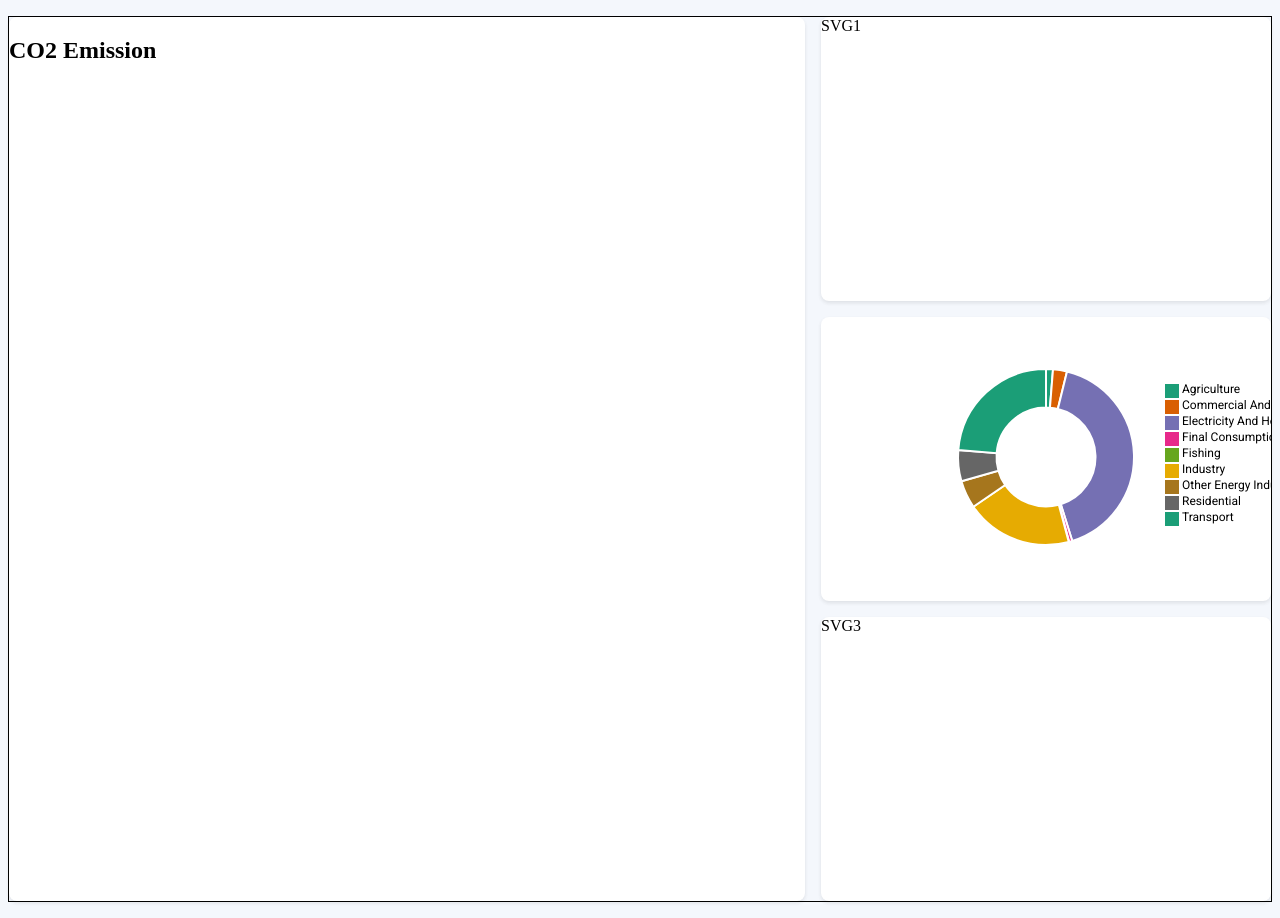
Repository: losmarco/CO2-Emission-Data-Dashboard
Page: index.html
The author's editor kept a copy of each file at every save. The page is drawn from the files as they stood at one save, then again after the next save.
The browser window is 1280 px wide. The pictures show the whole page.
The style sheet was rebuilt from its Sass, Less or Tailwind sources for each picture, by a compiler version that may differ from the author's.

Above is the page before, as saved 2020-03-29 17:27:49.

### index.html
<!DOCTYPE html>
<html lang="en">
<head>
    <meta charset="UTF-8">
    <meta name="viewport" content="width=device-width, initial-scale=1.0">
    <meta http-equiv="X-UA-Compatible" content="ie=edge">
    <title>CO2 Emission Data Chart</title>

    <link rel="stylesheet" href="style.css">
    <script src="https://d3js.org/d3.v5.min.js"></script>
</head>
<body>
    <div class="container">
        <div class="card main_graph">
            <h2>CO2 Emission</h2>
        </div>


        <div class="card graph1">SVG1</div>
        <div class="card graph2">
            <div id="donut"></div>
        </div>
        <div class="card graph3">SVG3</div>
    </div>
</body>
    <script src="javascript/master.js"></script>
    <script src="javascript/chart.js"></script>
</html>

### javascript/master.js
//Parsing CSV file

### javascript/chart.js
//This document is for d3 related script ( ͡° ͜ʖ ͡°)

//Donut Chart
// set the dimensions and margins of the graph
var width = 450
    height = 280
    margin = 30
// The radius of the pieplot is half the width or half the height (smallest one). I subtract a bit of margin.
var radius = Math.min(width, height) / 2 - margin

//append the svg object to the div called 'donut'
var svg = d3.select("#donut")
            .append("svg")
            .attr("width", width)
            .attr("height", height)
            .append("g")
            .attr("transform", "translate(" + width / 2 + "," + height / 2 + ")")
            .attr("align","left");



//Color
var color = d3.scaleOrdinal()
.domain(["Agriculture",
        "Commercial And Public Services",
        "Electricity And Heat Producers",
        "Final Consumption Not Else where Specified",
        "Fishing",
        "Industry",
        "Other Energy Industries",
        "Residential",
        "Transport"])
.range(d3.schemeDark2);

d3.csv("data/world-sector.csv")
  .then(function(csvdata){

    var latestData = csvdata[csvdata.length - 1];

    var agri = parseInt(latestData.agriculture),
        cap = parseInt(latestData.commercialAndPublicServices),
        eahp = parseInt(latestData.electricityAndHeatProducers),
        fcnes = parseInt(latestData.finalConsumptionNotElsewhereSpecified),
        fishing = parseInt(latestData.fishing),
        industry = parseInt(latestData.industry),
        oei = parseInt(latestData.otherEnergyIndustries),
        residential = parseInt(latestData.residential),
        transport = parseInt(latestData.transport);

  const total = (agri + cap + eahp + fcnes + fishing + industry + oei + residential + transport);

  const percent = 100;

  var agri = ((agri/total) * percent).toFixed(2),
      cap = ((cap/total) * percent).toFixed(2),
      eahp = ((eahp/total) * percent).toFixed(2),
      fcnes = ((fcnes/total) * percent).toFixed(2),
      fishing = ((fishing/total) * percent).toFixed(2),
      industry = ((industry/total) * percent).toFixed(2),
      oei = ((oei/total) * percent).toFixed(2),
      residential = ((residential/total) * percent).toFixed(2),
      transport = ((transport/total) * percent).toFixed(2);


  //Final Data
  var data = {"Agriculture": agri,
              "Commercial And Public Services": cap,
              "Electricity And Heat Producers": eahp,
              "Final Consumption Not Else where Specified":fcnes ,
              "Fishing": fishing,
              "Industry":industry,
              "Other Energy Industries": oei,
              "Residential":residential,
              "Transport":transport
            }

  // Compute the position of each group on the pie:
  var pie = d3.pie()
    .sort(null) // Do not sort group by size
    .value(function(d) {return d.value; })
  var data_ready = pie(d3.entries(data))

  // The arc generator + hole size
  var arc = d3.arc()
    .innerRadius(radius * 0.45)
    .outerRadius(radius * 0.8)

  // Build the pie chart: Basically, each part of the pie is a path that we build using the arc function.
  svg
    .selectAll('allSlices')
    .data(data_ready)
    .enter()
    .append('path')
    .attr('d', arc)
    .attr('fill', function(d){ return(color(d.data.key)) })
    .attr("stroke", "white")
    .style("stroke-width", "2px")
    .style("opacity", 1)

})//closing tag for d3.csv

//Legend
var legendRectSize = 12;
var legendSpacing = 4;

var legend = svg.selectAll('.legend')
                .data(color.domain())
                .enter()
                .append('g')
                .attr('class', 'legend')
                .attr('transform', function(d, i) {
                  var height = legendRectSize + legendSpacing;
                  var offset =  height * color.domain().length / 2;
                  var horz = 10 * legendRectSize;
                  var vert = i * height - offset;
                  return 'translate(' + horz + ',' + vert + ')';
});


legend.append('rect')
  .attr('width', legendRectSize)
  .attr('height', legendRectSize)
  .style('fill', color)
  .style('stroke', color);

legend.append('text')
  .attr('x', legendRectSize + legendSpacing )
  .attr('y', legendRectSize - legendSpacing)
  .text(function(d) { return d; });


//End of Donut Chart


  // Add the polylines between chart and labels:
  // svg
  //   .selectAll('allPolylines')
  //   .data(data_ready)
  //   .enter()
  //   .append('polyline')
  //     .attr("stroke", "black")
  //     .style("fill", "none")
  //     .attr("stroke-width", 1)
  //     .attr('points', function(d) {
  //       var posA = arc.centroid(d) // line insertion in the slice
  //       var posB = outerArc.centroid(d) // line break: we use the other arc generator that has been built only for that
  //       var posC = outerArc.centroid(d); // Label position = almost the same as posB
  //       var midangle = d.startAngle + (d.endAngle - d.startAngle) / 2 // we need the angle to see if the X position will be at the extreme right or extreme left
  //       posC[0] = radius * 0.95 * (midangle < Math.PI ? 1 : -1); // multiply by 1 or -1 to put it on the right or on the left
  //       return [posA, posB, posC]
  //     })

  // Add the polylines between chart and labels:
  // svg
  //   .selectAll('allLabels')
  //   .data(data_ready)
  //   .enter()
  //   .append('text')
  //     .text( function(d) { console.log(d.data.key) ; return d.data.key } )
  //     .attr('transform', function(d) {
  //         var pos = outerArc.centroid(d);
  //         var midangle = d.startAngle + (d.endAngle - d.startAngle) / 2
  //         pos[0] = radius * 0.99 * (midangle < Math.PI ? 1 : -1);
  //         return 'translate(' + pos + ')';
  //     })
  //     .style('text-anchor', function(d) {
  //         var midangle = d.startAngle + (d.endAngle - d.startAngle) / 2
  //         return (midangle < Math.PI ? 'start' : 'end')
  //     })

### style.scss
//Google Font
@import url('https://fonts.googleapis.com/css2?family=Roboto:ital,wght@0,100;0,300;0,400;0,500;0,700;0,900;1,100;1,300;1,400;1,500;1,700;1,900&display=swap');

// Font
@mixin header{
    font-family: 'Roboto', sans-serif;
    font-weight: 700;
}
@mixin text{
    font-family: 'Roboto', sans-serif;
    font-weight: 500;
    font-size: 12px;
}

// Color
$backgroun-white:#f4f7fc;
$white: #ffffff;
$grey: #828f95;
$black: #252831;
$purple: #7b43a1;
$orange: #ff9824;
$pink: #f2317a;
$primary-green:#58cf6c;
$secondary-green: #43a19e;

//Card
@mixin card-background{
    background-color: $white;
    border-radius: 8px;
    box-shadow: 0 2px 4px rgba(0,0,0,0.04), 0 2px 4px rgba(0,0,0,0.06);
}

body{
    background: $backgroun-white;
}

.container{
    display:grid;
    grid-template-rows: repeat(3, 1fr);
    grid-template-columns:repeat(4, 1fr);
    grid-gap: 1em;
    border: 1px solid black;
    margin: 1em auto;
}

.main_graph{
    grid-row:1/4;
    grid-column: 1/4;
}

.graph1{
    grid-row:1/2;
    grid-column: 4/5;
}

.graph2{
    grid-row:2/3;
    grid-column: 4/5;
    width: 450px;


    .legend {
        font-family: 'Roboto', sans-serif;
        font-size: 12px;
        font-weight:400;
    }
    rect {
        stroke-width: 2;
    }


}

.graph3{
    grid-row:3/4;
    grid-column: 4/5;
}

.card{
    @include card-background;
}
svg{
    margin: 0 auto;

}

After the next save:
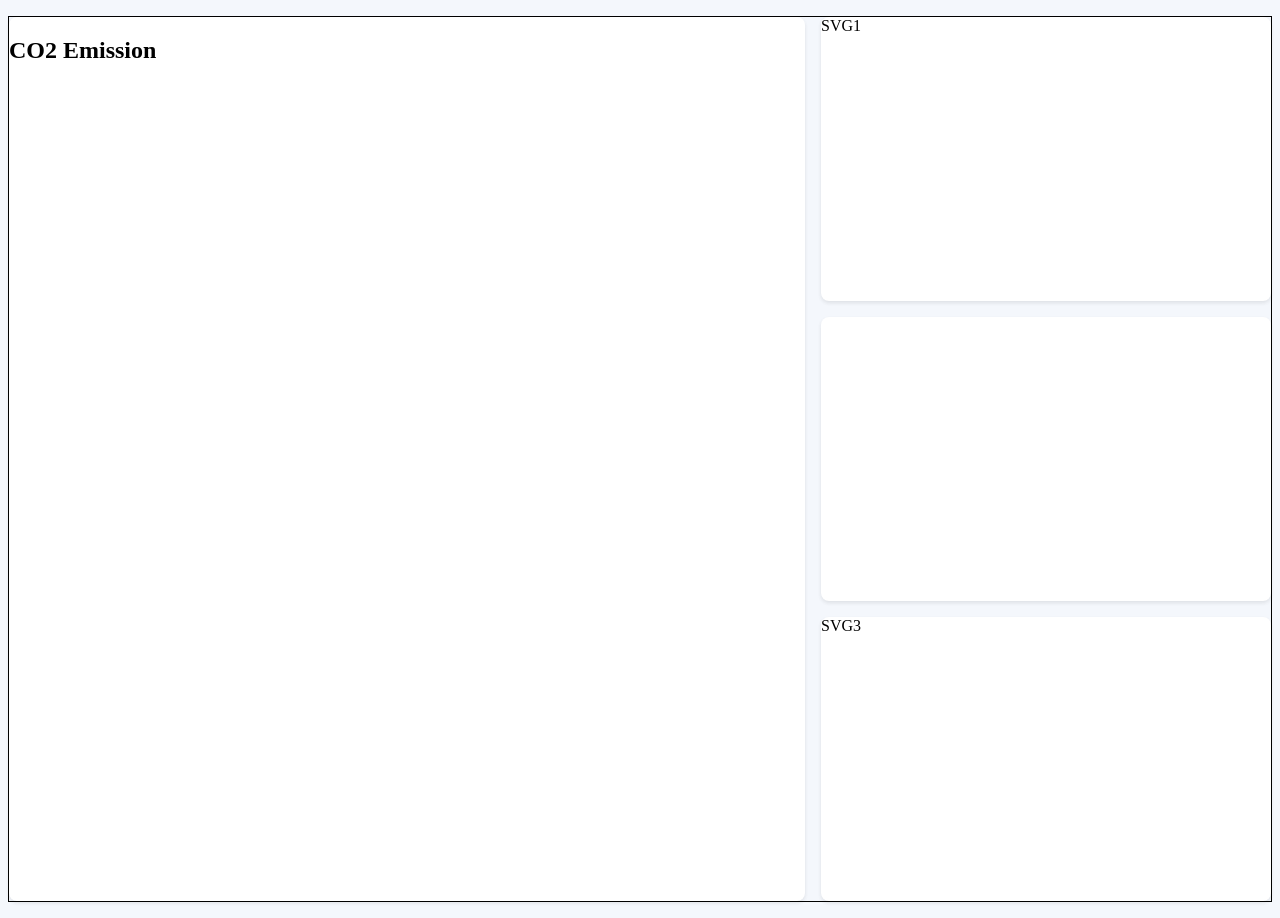
Console error (its wording comes from the project's code and is left out).
Saved 40 s later.
--- a/javascript/chart.js
+++ b/javascript/chart.js
@@ -15,7 +15,7 @@
             .attr("height", height)
             .append("g")
             .attr("transform", "translate(" + width / 2 + "," + height / 2 + ")")
-            .attr("align","left");
+            .css({left: 200, position:'absolute'});;
 
 
 

After the 5 saves that followed:
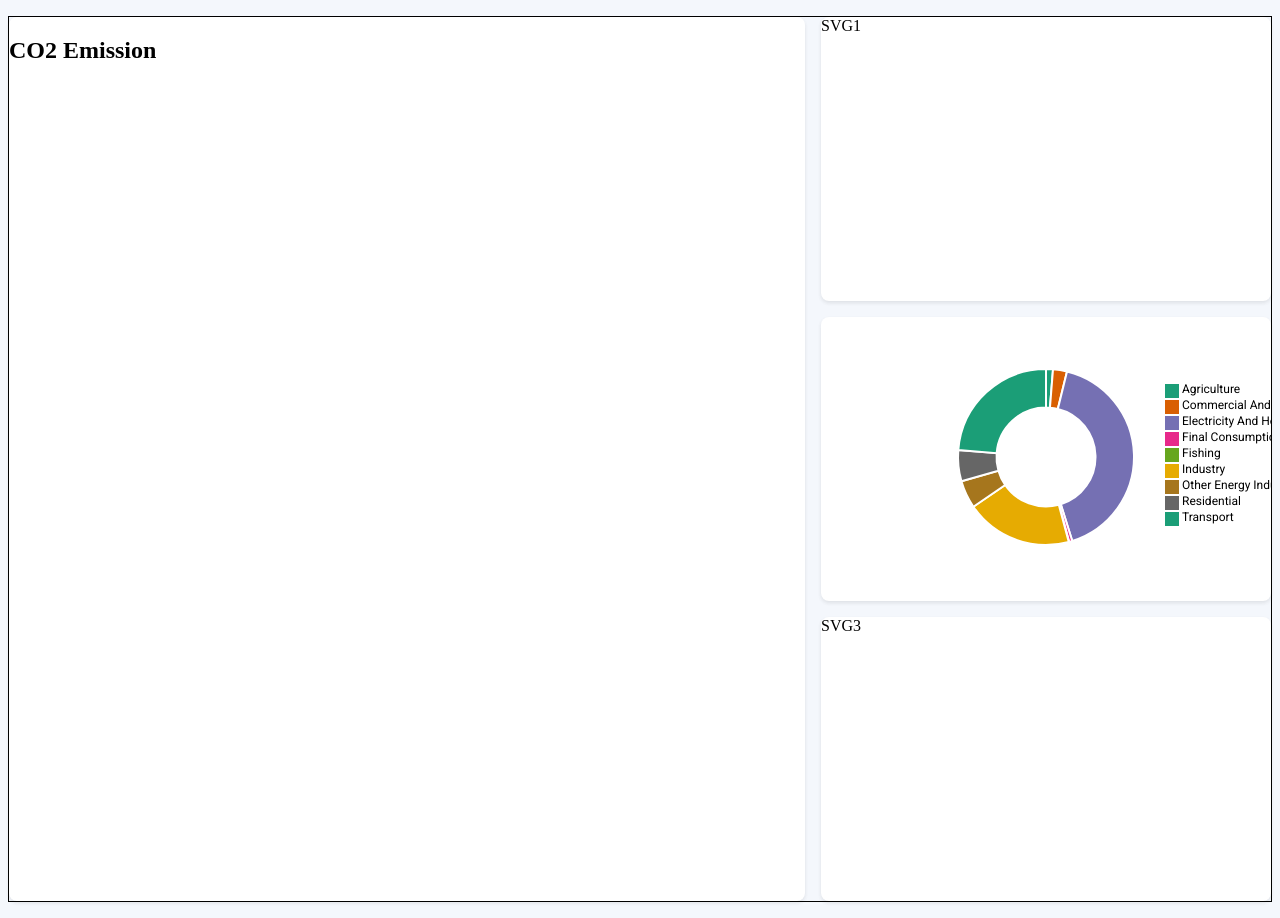
The error is gone.
The 5 saves are shown as one change because 4 left the picture as it was.
The last was saved 27 s later.
--- a/javascript/chart.js
+++ b/javascript/chart.js
@@ -14,8 +14,8 @@
             .attr("width", width)
             .attr("height", height)
             .append("g")
-            .attr("transform", "translate(" + width / 2 + "," + height / 2 + ")")
-            .css({left: 200, position:'absolute'});;
+            .attr("transform", "translate(" + width / 2 + "," + height / 2 + ")");
+            // .css({left: 20});
 
 
 
